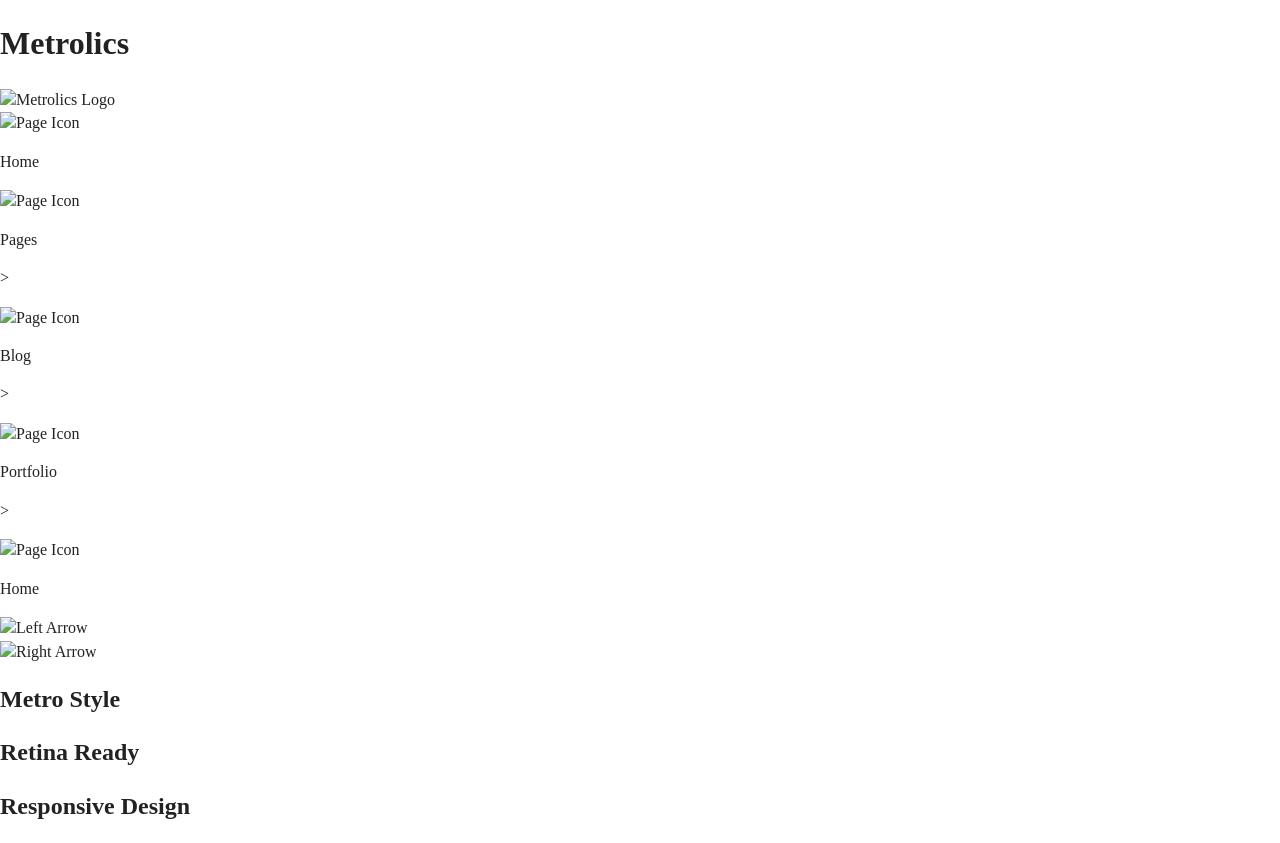
Repository: wilyyy/metrolics
Page: index.html
The author's editor kept a copy of each file at every save. The page is drawn from the files as they stood at one save, then again after the next save.
The browser window is 1280 px wide. The pictures show the whole page.

Above is the page before, as saved 2021-01-26 23:13:49.

After the next save:
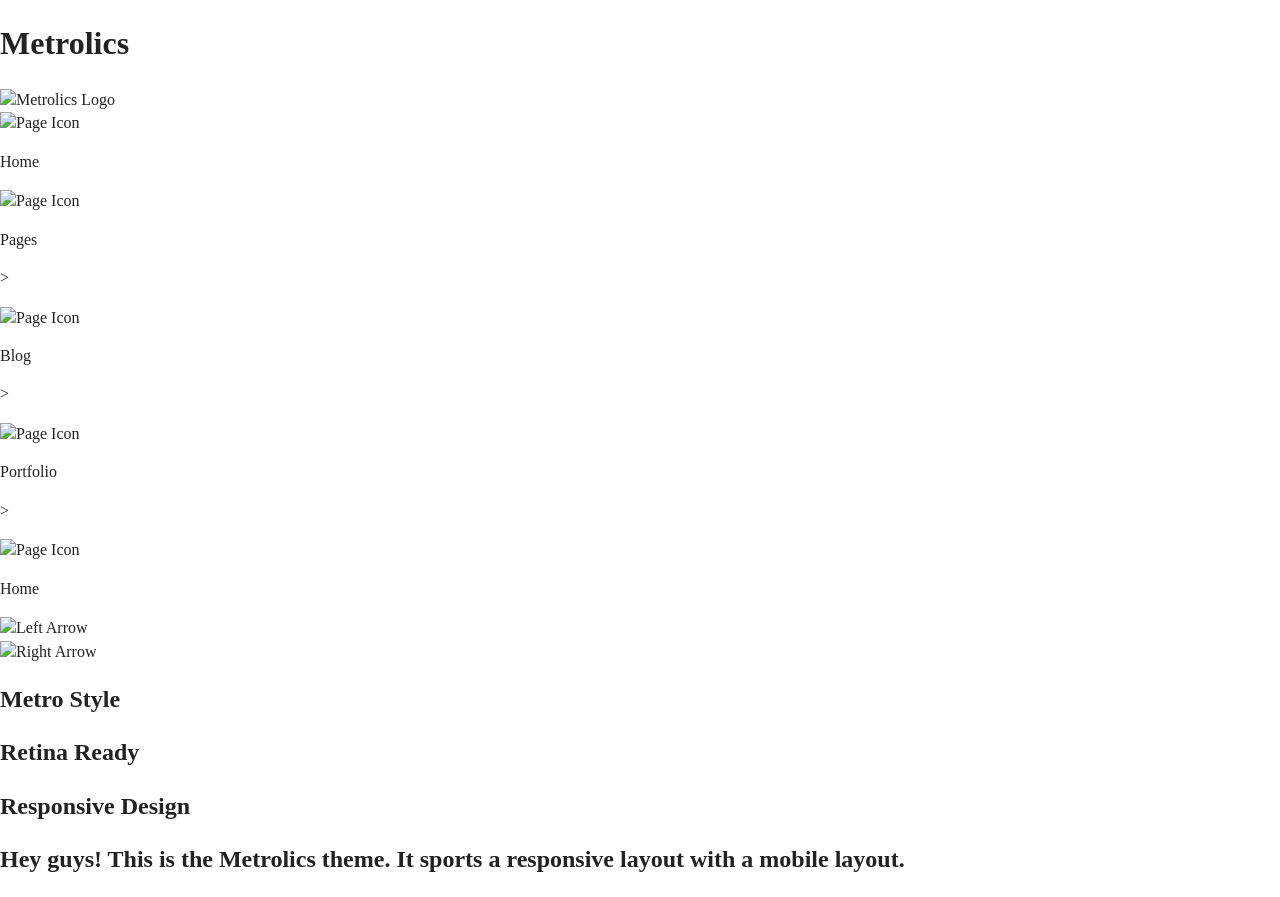
Saved 65 s later.
--- a/index.html
+++ b/index.html
@@ -100,7 +100,10 @@
   </header>
 
 
-  <main></main>
+  <main>
+    <h2>Hey guys! This is the Metrolics theme.
+      It sports a responsive layout with a mobile layout.</h2>
+  </main>
 
 
   <footer></footer>
